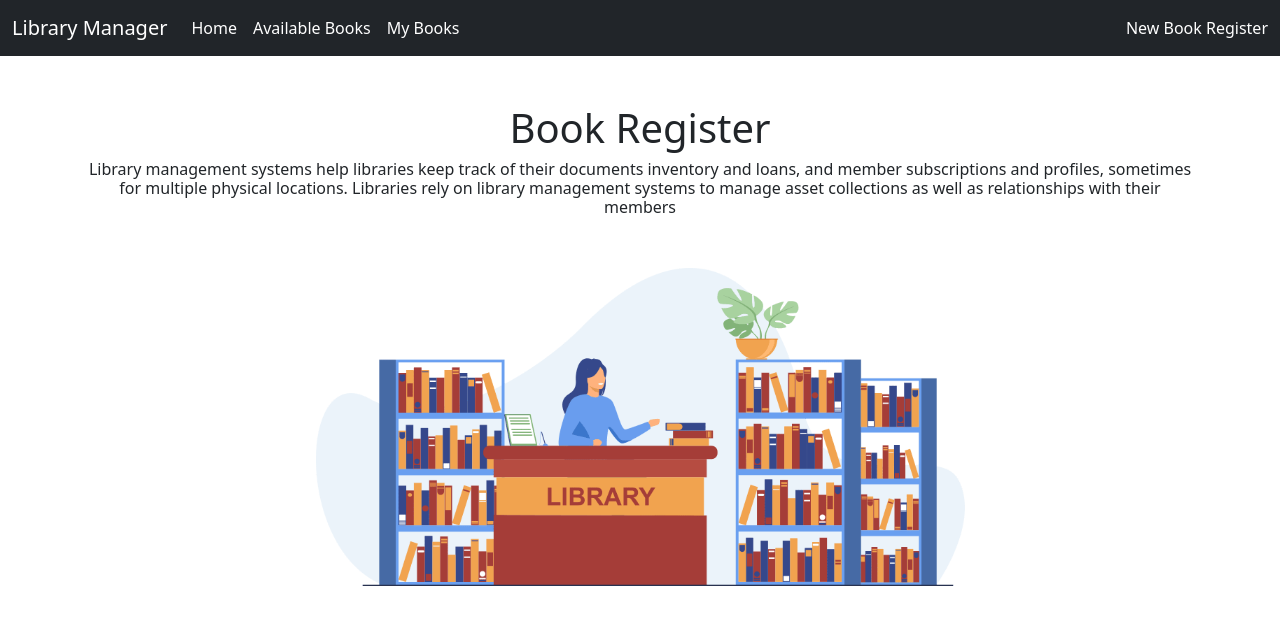
Repository: AkashCoder99/Spring-Libraray-Management
Page: http://localhost/bookEdit
An editor plug-in stored every save of this project. The page is shown before and after the next save, followed by the edit.
The browser window is 1280 px wide. The pictures show the whole page.
The page is this project's Thymeleaf template; nobody is signed in. The template is opened directly, without the code that normally fills it, so the values that code supplies are empty.

Above is the page before, as saved 2023-05-29 18:23:39.

### bookStore/src/main/resources/templates/bookEdit.html
<!doctype html>
<html lang="en" xmlns:th="https://www.thymeleaf.com">
  <head>
    <meta charset="utf-8">
    <meta name="viewport" content="width=device-width, initial-scale=1">
    <title>Library Management</title>
    <link href="https://cdn.jsdelivr.net/npm/bootstrap@5.3.0-alpha3/dist/css/bootstrap.min.css" rel="stylesheet" integrity="sha384-KK94CHFLLe+nY2dmCWGMq91rCGa5gtU4mk92HdvYe+M/SXH301p5ILy+dN9+nJOZ" crossorigin="anonymous">
  </head>
  <body>
	<nav class="navbar navbar-expand-lg navbar-light bg-dark">
  <div class="container-fluid">
    <a class="navbar-brand text-white" href="#">Library Manager</a>
    <button class="navbar-toggler" type="button" data-bs-toggle="collapse" data-bs-target="#navbarSupportedContent" aria-controls="navbarSupportedContent" aria-expanded="false" aria-label="Toggle navigation">
      <span class="navbar-toggler-icon"></span>
    </button>
    <div class="collapse navbar-collapse" id="navbarSupportedContent">
      <ul class="navbar-nav me-auto mb-2 mb-lg-0">
        <li class="nav-item">
          <a class="nav-link active text-white" aria-current="page" href="/">Home</a>
        </li>
        <li class="nav-item">
          <a class="nav-link text-white" href="available_books">Available Books</a>
        </li>
        <li class="nav-item">
          <a class="nav-link text-white" href="#">My Books</a>
        </li>
      </ul>
      <div>
		   <a class="nav-link text-white" href="book_register">New Book Register</a>
	  </div>
    </div>
  </div>
</nav>

	<div class="container text-center my-5">
		<h1>Book Register</h1>
		<h6>Library management systems help libraries keep track of their documents inventory and loans,
			and member subscriptions and profiles, sometimes for multiple physical locations.
			 Libraries rely on library management systems to manage asset collections as well as relationships with their members</h6>
		<img src="/images/HomePageLibrary.png" width="700px">
	</div>
    <script src="https://cdn.jsdelivr.net/npm/bootstrap@5.3.0-alpha3/dist/js/bootstrap.bundle.min.js" integrity="sha384-ENjdO4Dr2bkBIFxQpeoTz1HIcje39Wm4jDKdf19U8gI4ddQ3GYNS7NTKfAdVQSZe" crossorigin="anonymous"></script>
  </body>
</html>

After the next save:
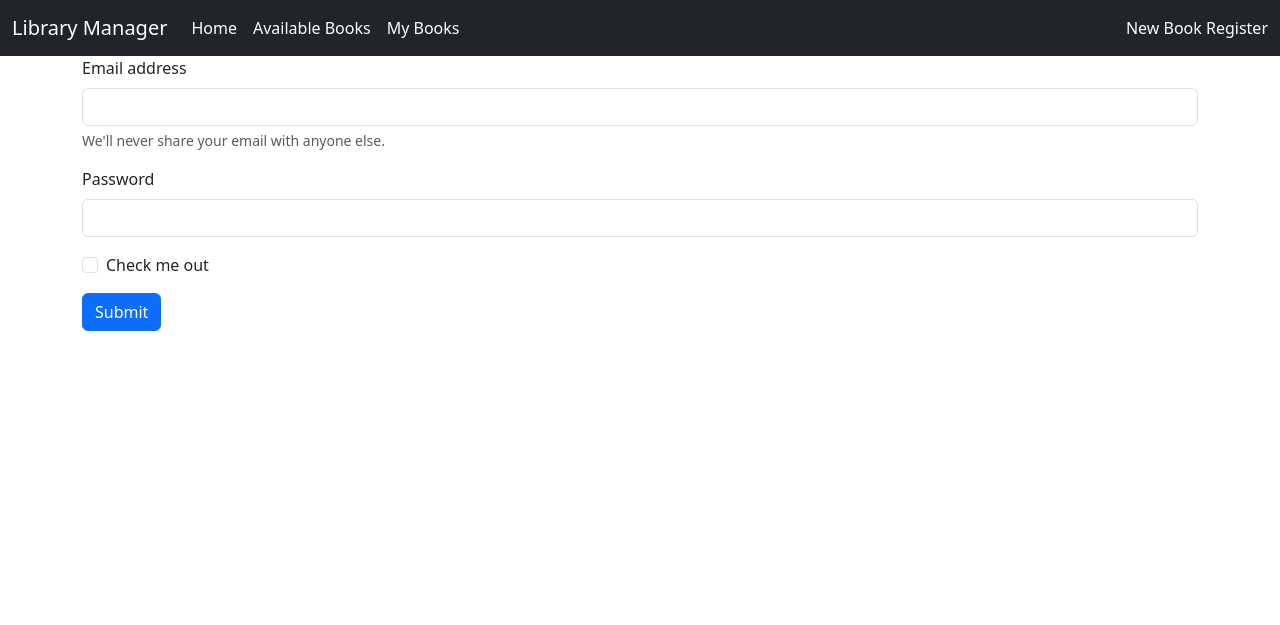
Saved 3 min 23 s later.
--- a/bookStore/src/main/resources/templates/bookEdit.html
+++ b/bookStore/src/main/resources/templates/bookEdit.html
@@ -32,13 +32,27 @@
   </div>
 </nav>
 
-	<div class="container text-center my-5">
-		<h1>Book Register</h1>
-		<h6>Library management systems help libraries keep track of their documents inventory and loans,
-			and member subscriptions and profiles, sometimes for multiple physical locations.
-			 Libraries rely on library management systems to manage asset collections as well as relationships with their members</h6>
-		<img src="/images/HomePageLibrary.png" width="700px">
+	<div class="container">
+		<form>
+  <div class="mb-3">
+    <label for="exampleInputEmail1" class="form-label">Email address</label>
+    <input type="email" class="form-control" id="exampleInputEmail1" aria-describedby="emailHelp">
+    <div id="emailHelp" class="form-text">We'll never share your email with anyone else.</div>
+  </div>
+  <div class="mb-3">
+    <label for="exampleInputPassword1" class="form-label">Password</label>
+    <input type="password" class="form-control" id="exampleInputPassword1">
+  </div>
+  <div class="mb-3 form-check">
+    <input type="checkbox" class="form-check-input" id="exampleCheck1">
+    <label class="form-check-label" for="exampleCheck1">Check me out</label>
+  </div>
+  <button type="submit" class="btn btn-primary">Submit</button>
+</form>
+
 	</div>
+
+
     <script src="https://cdn.jsdelivr.net/npm/bootstrap@5.3.0-alpha3/dist/js/bootstrap.bundle.min.js" integrity="sha384-ENjdO4Dr2bkBIFxQpeoTz1HIcje39Wm4jDKdf19U8gI4ddQ3GYNS7NTKfAdVQSZe" crossorigin="anonymous"></script>
   </body>
 </html>
